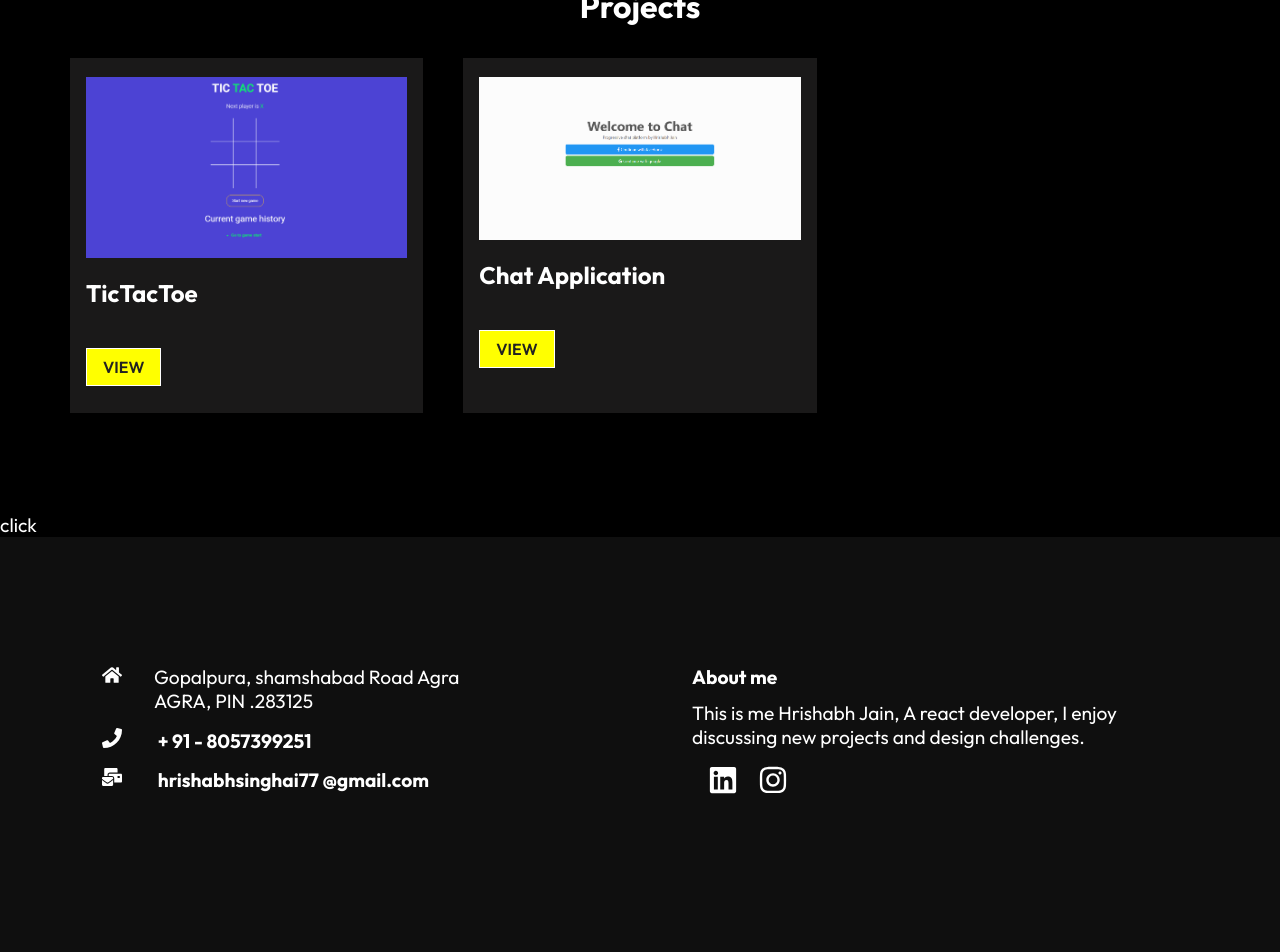
Repository: Hrishabhsinghai/Portfolio
Page: /project
These files come from the project's save history. The page is drawn as it stood at one moment and after the next save; the edit follows.
The browser window is 1280 px wide. The pictures show the part of the page from y = 582 to 1534 px (the page is 1534 px tall before and 1531 px after).
The project was rebuilt for these pictures with package versions that can differ from the ones it lists, and the page was loaded fresh each time. Also part of the build but not shown: src/components/HeroImgStyles.css, src/components/HeroImg.js, src/routes/Home.js, src/components/AboutContentSttyles.css, src/components/AboutContent.js, src/routes/About.js, src/routes/Contact.js.

Above is the page before, as saved 2024-01-11 22:20:40.

After the next save:
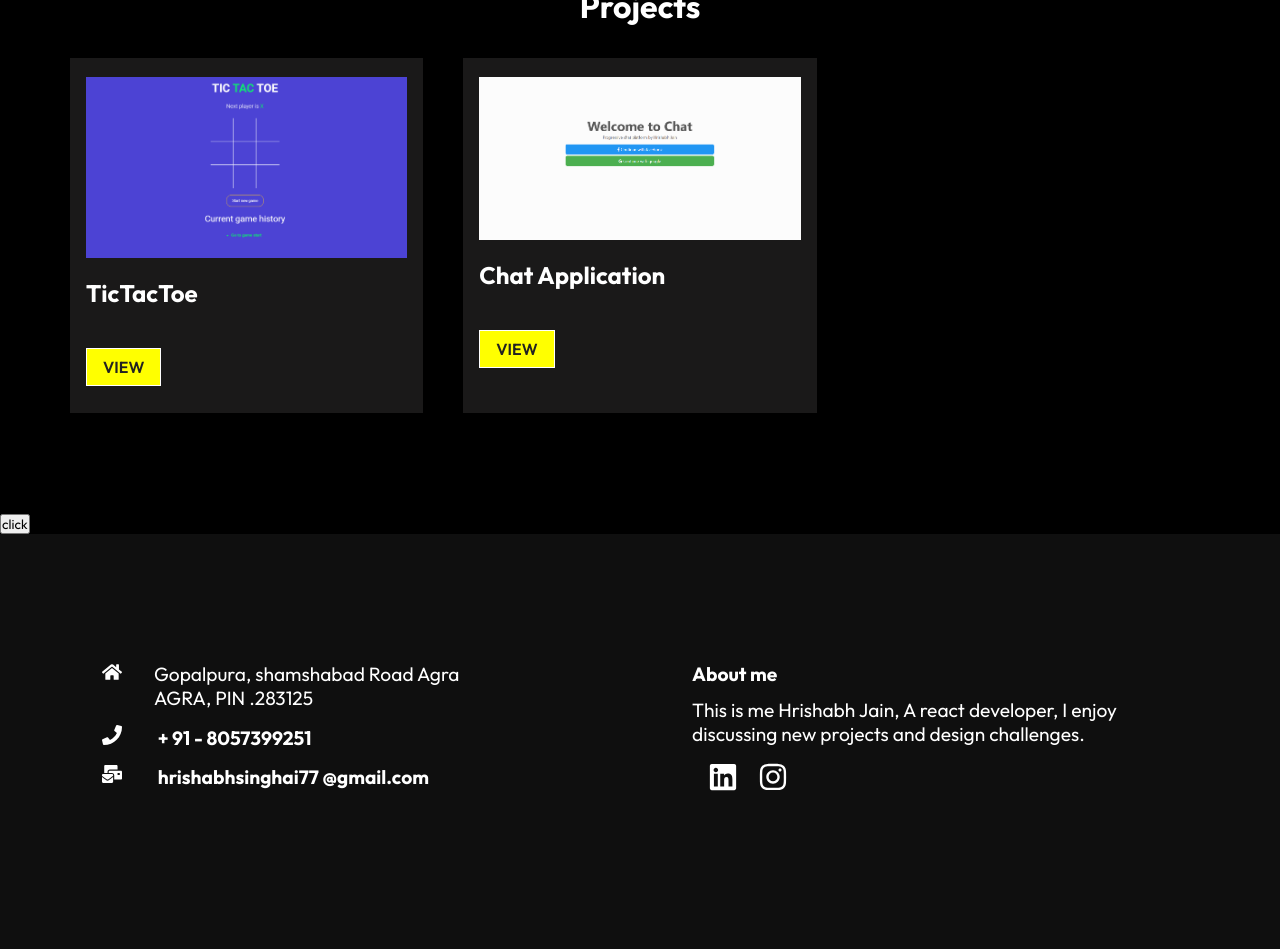
Saved 9 s later.
--- a/src/components/Work.js
+++ b/src/components/Work.js
@@ -21,7 +21,8 @@ const Work = () => {
           );
         })}{" "}
       </div>{" "}
-      <div className="github"> My Github Repositery </div> <p> click </p>{" "}
+      <div className="github"> My Github Repositery </div>{" "}
+      <button> click </button>{" "}
     </div>
   );
 };
